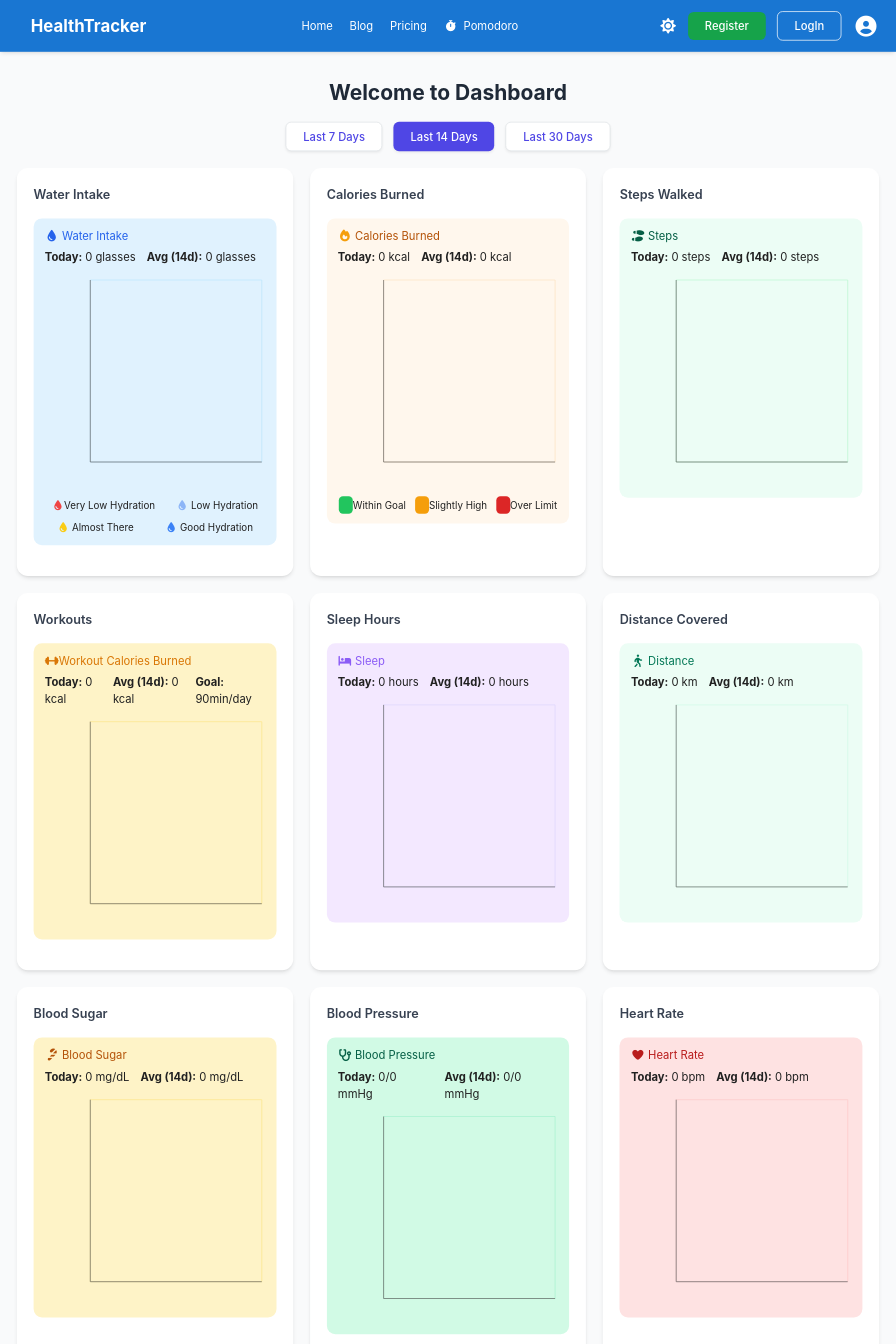
Repository: bhumikamourya/health-monitoring-application
Page: /dashboard (app in frontend/)
The author's editor kept a copy of each file at every save. The page is drawn from the files as they stood at one save, then again after the next save.
The browser window is 1280 px wide. The pictures show the part of the page from y = 0 to 1920 px (the page is 2589 px tall), at 70% of full size.
The page's requests for data from a server got no answer. Some web libraries are served in a nearby version. The project was rebuilt for these pictures with package versions that can differ from the ones it lists, and the page was loaded fresh each time. No one was signed in, and anything a server would have sent is missing. Also part of the build but not shown: frontend/src/components/Home/particleBackground.js, frontend/src/components/Home/Component1.js, frontend/src/components/Home/Component2.js, frontend/src/components/Home/Component3.js, frontend/src/components/Home/Component4.js, frontend/src/components/Home/HomePage.js, frontend/src/components/Blog/Component1.js, frontend/src/components/Blog/Component2.js and 16 more.

Above is the page before, as saved 2025-10-14 19:11:53.

### frontend/public/index.html
<!DOCTYPE html>
<html lang="en">

<head>
  <meta charset="utf-8" />
  <link rel="icon" href="%PUBLIC_URL%/favicon.ico" />
  <meta name="viewport" content="width=device-width, initial-scale=1" />
  <meta name="theme-color" content="#000000" />
  <meta name="description" content="Web site created using create-react-app" />
  <link rel="apple-touch-icon" href="%PUBLIC_URL%/logo192.png" />
  <link rel="manifest" href="%PUBLIC_URL%/manifest.json" />

  <script src="https://cdn.jsdelivr.net/npm/@tailwindcss/browser@4"></script>

  <link href="https://cdn.jsdelivr.net/npm/bootstrap@5.3.7/dist/css/bootstrap.min.css" rel="stylesheet"
    integrity="sha384-LN+7fdVzj6u52u30Kp6M/trliBMCMKTyK833zpbD+pXdCLuTusPj697FH4R/5mcr" crossorigin="anonymous">
  <link rel="stylesheet" href="https://cdnjs.cloudflare.com/ajax/libs/font-awesome/7.0.0/css/all.min.css"
    integrity="sha512-DxV+EoADOkOygM4IR9yXP8Sb2qwgidEmeqAEmDKIOfPRQZOWbXCzLC6vjbZyy0vPisbH2SyW27+ddLVCN+OMzQ=="
    crossorigin="anonymous" referrerpolicy="no-referrer" />
  <title>React App</title>
</head>

<body>
  <noscript>You need to enable JavaScript to run this app.</noscript>
  <div id="root"></div>
  <!--
      This HTML file is a template.
      If you open it directly in the browser, you will see an empty page.

      You can add webfonts, meta tags, or analytics to this file.
      The build step will place the bundled scripts into the <body> tag.

      To begin the development, run `npm start` or `yarn start`.
      To create a production bundle, use `npm run build` or `yarn build`.
    -->
</body>

</html>

### frontend/src/index.css
@tailwind base;
@tailwind components;
@tailwind utilities;

body {
  margin: 0;
  font-family: -apple-system, BlinkMacSystemFont, 'Segoe UI', 'Roboto', 'Oxygen',
    'Ubuntu', 'Cantarell', 'Fira Sans', 'Droid Sans', 'Helvetica Neue',
    sans-serif;
  -webkit-font-smoothing: antialiased;
  -moz-osx-font-smoothing: grayscale;
  background-color: #fff;
  color: #212121;
}

code {
  font-family: source-code-pro, Menlo, Monaco, Consolas, 'Courier New',
    monospace;
}

h1,
h2,
h3,
h4,
h5,
h6 {
  color: #2c3e50
}

/* NAVBAR STYLING */
.background {
  background-color: #1976d2;
}

.footer-a-links {
  text-decoration: underline;
  color: #fff;
}

.footer-a-links:hover {
  text-decoration: underline;
}

.menu {
  color: #fff;
  margin-left: 20px;
}

.menu.selected {
  color: #64b5f6;
}

.links {
  color: #1976d2;
}

.links:hover {
  opacity: 0.7;
}

.nav-links {
  color: #fff;
}

.nav-links:hover {
  color: #64b5f6;
}

.coloured-btn {
  background-color: #1976d2;
  color: #fff;
}

.coloured-btn:hover {
  background-color: #1976d2;
}

.bold-text {
  color: #1976d2;
}


/* HOME COMPONENT-1 */
.component1-container {
  background-color: #f5f5f5;
}
.component1-icons{
  background-color: #e9f2fa;
  padding:20px 40px 20px 20px;
  border-radius: 50%;
}

.fa-check,
.fa-square-check,
.fa-calendar-week,
.fa-chart-line {
  color: #1976d2;
  font-size: 25px;
}

.fa-check {
  color: #43a047;
}


/* HOME COMPONENT-2 */
.complete-control-text {
  background-color: #e9f2fa;
  width: 60%;
  margin: 25px 5px 0 40px;
  padding: 4px;
  border-radius: 30px;
  color: #1976d2;
}

.coloured-card {
  margin-left: 50px;
  border: 3px solid #1976d2;
  border-radius: 15px;
  background-color: #fafafa;
}

/* BLOG COMPONENT */
.blogs-container {
  width: 14rem;
  box-shadow: 5px 5px 10px #f4f3f3;
}

.capsule-text {
  font-size: 10px;
  border: 1px solid #cfd1d1ff;
  padding: 4px 7px;
  border-radius: 10px;
  color: #2c2c2c;
}

/* PRICING COMPONENT */
.pricing-cards {
  margin-right: 15px;
  border: 0.4px solid #bbbabaff;
  border-radius: 30px;
}

.fa-xmark {
  font-size: 20px;
}

.complete-text {
  width: auto;
  padding: 4px 10px;
  background-color: #e9f2fa;
  border-radius: 30px;
  color: #1976d2;
}

.pricing-card2 {
  margin-left: 15px;
  border: 2px solid #1976d2;
  border-radius: 30px;
  background-color: #fafafa;
}

.pomodoro-card {
  border: 0.3px solid #424242;
  border-top: 4px solid #1976d2;
  border-radius: 10px;
}
.steps-chart-content{
  line-height: 10px;
}
.goto-dashboard:hover{
  text-decoration: underline;
  color: #6e7983;
}

### frontend/src/components/Charts/fitnessCharts.js
import { Line, CartesianGrid, XAxis, YAxis, Tooltip, ResponsiveContainer, BarChart, Bar } from "recharts";
import { useChartData } from "../../Hook/useChartData";
import { CustomTooltip } from "../../utils/CustomTooltip.js";

// Water Chart
function WaterChart({ days = 7, target = 8 }) {
  const { data, todayTotal, avg } = useChartData("water", "water", days);

  const getWaterColor = (value, target) => {
    if (value < target * 0.5) return "#ef4444";   // 🔴 Red - very low hydration
    if (value < target * 0.8) return "#8cb5f7ff"; // 🟠 Light blue - low
    if (value < target) return "#facc15";         // 🟡 Yellow - almost there
    return "#3b82f6";                             // 🔵 Blue - good hydration
  };

  const coloredData = data.map(d => ({
    ...d,
    fill: getWaterColor(d.water, target)
  }));

  return (
    <div
      style={{
        maxWidth: 700,
        margin: "20px auto",
        background: "#e0f2fe",
        borderRadius: 12,
        padding: 16
      }}
    >
      <h2 style={{ marginBottom: 8, color: "#2563eb" }}>
        <i className="fa-solid fa-droplet"></i> Water Intake
      </h2>

      <div style={{ display: "flex", gap: 16, marginBottom: 16 }}>
        <div><b>Today:</b> {todayTotal} glasses</div>
        <div><b>Avg ({days}d):</b> {avg} glasses</div>
      </div>

      <div style={{ width: "100%", height: 300 }}>
        <ResponsiveContainer>
          <BarChart data={coloredData}>
            <CartesianGrid stroke="#bae6fd" />
            <XAxis dataKey="date" />
            <YAxis allowDecimals={false} />
            <Tooltip content={<CustomTooltip unit="glasses" />} />
            <Bar dataKey="water" fill={({ payload }) => payload.fill} />
            <Line
              type="monotone"
              dataKey={() => target}
              stroke="#1d4ed8"
              strokeWidth={2}
              dot={false}
            />
          </BarChart>
        </ResponsiveContainer>
      </div>

      {/* 👇 Color Legend Section */}
      <div
        style={{
           marginTop: 16,
          display: "flex",
          justifyContent: "space-around",
          flexWrap: "wrap",
          gap: 10,
          fontSize: 14
        }}
      >
        <div><i style={{color: "#ef4444"}} className="fa-solid fa-droplet"></i>Very Low Hydration</div>
        <div><i style={{color: "#8cb5f7ff"}} className="fa-solid fa-droplet"></i> Low Hydration</div>
        <div><i style={{color: "#facc15"}} className="fa-solid fa-droplet"></i> Almost There</div>
        <div><i style={{color: "#3b82f6"}} className="fa-solid fa-droplet"></i> Good Hydration</div>
      </div>
    </div>
  );
}



// Calories Chart
function CaloriesChart({ days = 7, target = 2500 }) {
  const { data, todayTotal, avg } = useChartData("calories", "calories", days);

  const getCaloriesColor = (value, target) => {
    if (value <= target) return "#22c55e";        // 🟢 Green - within goal
    if (value <= target * 1.1) return "#f59e0b";  // 🟡 Yellow - slightly high
    return "#dc2626";                             // 🔴 Red - over limit
  };

  const coloredData = data.map(d => ({
    ...d,
    fill: getCaloriesColor(d.calories, target)
  }));

  return (
    <div
      style={{
        maxWidth: 700,
        margin: "20px auto",
        background: "#fff7ed",
        borderRadius: 12,
        padding: 16,
      }}
    >
      <h2 style={{ marginBottom: 8, color: "#b45309" }}>
        <i className="fa-solid fa-fire" style={{ color: "#f59e0b" }}></i>{" "}
        Calories Burned
      </h2>

      <div style={{ display: "flex", gap: 16, marginBottom: 16 }}>
        <div><b>Today:</b> {todayTotal} kcal</div>
        <div><b>Avg ({days}d):</b> {avg} kcal</div>
      </div>

      <div style={{ width: "100%", height: 300 }}>
        <ResponsiveContainer>
          <BarChart data={coloredData}>
            <CartesianGrid stroke="#fde2c0" />
            <XAxis dataKey="date" />
            <YAxis allowDecimals={false} />
            <Tooltip content={<CustomTooltip unit="kcal" />} />
            <Bar dataKey="calories" fill={({ payload }) => payload.fill} />
            <Line
              type="monotone"
              dataKey={() => target}
              stroke="#991b1b"
              strokeWidth={2}
              dot={false}
            />
          </BarChart>
        </ResponsiveContainer>
      </div>

      {/* 👇 Color Legend Section */}
      <div
        style={{
          marginTop: 16,
          display: "flex",
          justifyContent: "space-around",
          flexWrap: "wrap",
          gap: 10,
          fontSize: 14,
        }}
      >
        <div>
          <span style={{ background: "#22c55e", padding: "4px 10px", borderRadius: 6 }}></span> Within Goal
        </div>
        <div>
          <span style={{ background: "#f59e0b", padding: "4px 10px", borderRadius: 6 }}></span> Slightly High
        </div>
        <div>
          <span style={{ background: "#dc2626", padding: "4px 10px", borderRadius: 6 }}></span> Over Limit
        </div>
      </div>
    </div>
  );
}


// Steps Chart
function StepsChart({ days = 7, target = 12000 }) {
  const { data, todayTotal, avg } = useChartData("steps", "steps", days);
  const getStepsColor = (value) => {
    if (value < target * 0.7) return "#dc2626";   // red (low)
    if (value < target) return "#1ff66eff";         // amber (medium)
    return "#16a34a";                             // green (good)
  };

  const coloredData = data.map(d => ({
    ...d,
    fill: getStepsColor(d.steps)
  }));

  return (
    <div style={{ maxWidth: 700, margin: "20px auto", background: "#ecfdf5", borderRadius: 12, padding: 16 }}>
      <h2 style={{ marginBottom: 8, color: "#065f46" }}><i className="fa-solid fa-shoe-prints"></i> Steps </h2>
      <div style={{ display: "flex", gap: 16, marginBottom: 16 }}>
        <div><b>Today:</b> {todayTotal} steps</div>
        <div><b>Avg ({days}d):</b> {avg} steps</div>
      </div>
      <div style={{ width: "100%", height: 300 }}>
        <ResponsiveContainer>
          <BarChart data={coloredData}>
            <CartesianGrid stroke="#bbf7d0" />
            <XAxis dataKey="date" />
            <YAxis allowDecimals={false} />
            <Tooltip content={<CustomTooltip unit="Steps" />} />
            <Bar dataKey="steps" fill={({ payload }) => payload.fill} />
            <Line
              type="monotone"
              dataKey={() => target}
              stroke="#047857"
              strokeWidth={2}
              dot={false}
            />
          </BarChart>
        </ResponsiveContainer>
      </div>
    </div>
  );
}

// Sleep Chart
function SleepChart({ days = 7, target = 8 }) {
  const { data, todayTotal, avg } = useChartData("sleep", "sleep", days);
  const getSleepColor = (value) => {
    if (value < 5) return "#e33636ff";
    if (value < 7) return "#beabe8ff";
    if (value <= 9) return "#ab89fbff";
    return "#8b5cf6";
  };
  const coloredData = data.map(d => ({
    ...d,
    fill: getSleepColor(d.sleep, target)
  }));
  return (
    <div style={{ maxWidth: 700, margin: "20px auto", background: "#f3e8ff", borderRadius: 12, padding: 16 }}>
      <h2 style={{ marginBottom: 8, color: "#8b5cf6" }}><i className="fa-solid fa-bed"></i> Sleep</h2>
      <div style={{ display: "flex", gap: 16, marginBottom: 16 }}>
        <div><b>Today:</b> {todayTotal} hours</div>
        <div><b>Avg ({days}d):</b> {avg} hours</div>
      </div>
      <div style={{ width: "100%", height: 300 }}>
        <ResponsiveContainer>
          <BarChart data={coloredData}>
            <CartesianGrid stroke="#ddd6fe" />
            <XAxis dataKey="date" />
            <YAxis allowDecimals={false} />
            <Tooltip content={<CustomTooltip unit="hours" />} />
            <Bar dataKey="sleep" fill={({ payload }) => payload.fill} />
            <Line type="monotone" dataKey={() => target} stroke="#7c3aed" strokeWidth={2} dot={false} />
          </BarChart>
        </ResponsiveContainer>
      </div>
    </div>
  );
}

function DistanceChart({ days = 7, target = 5 }) {
  const { data, todayTotal, avg } = useChartData("distance", "distance", days);

  const getDistanceColor = (value, target) => {
    if (value < target * 0.5) return "#ef4444";   // 🔴 Very low
    if (value < target * 0.8) return "#81f2aaff";   // 🟠 Low
    if (value < target) return "#facc15";         // 🟡 Almost there
    return "#22c55e";                             // 🟢 Good
  };

  const coloredData = data.map(d => ({
    ...d,
    fill: getDistanceColor(d.distance, target)
  }));

  return (
    <div style={{ maxWidth: 700, margin: "20px auto", background: "#ecfdf5", borderRadius: 12, padding: 16 }}>
      <h2 style={{ marginBottom: 8, color: "#047857" }}>
        <i className="fa-solid fa-person-walking"></i> Distance
      </h2>

      <div style={{ display: "flex", gap: 16, marginBottom: 16 }}>
        <div><b>Today:</b> {todayTotal} km</div>
        <div><b>Avg ({days}d):</b> {avg} km</div>
      </div>

      <div style={{ width: "100%", height: 300 }}>
        <ResponsiveContainer>
          <BarChart data={coloredData}>
            <CartesianGrid stroke="#d1fae5" />
            <XAxis dataKey="date" />
            <YAxis allowDecimals={false} />
            <Tooltip content={<CustomTooltip unit="km" />} />
            <Bar dataKey="distance" fill={({ payload }) => payload.fill} />
            <Line type="monotone" dataKey={() => target} stroke="#047857" strokeWidth={2} dot={false} />
          </BarChart>
        </ResponsiveContainer>
      </div>
    </div>
  );
}


function WorkoutChart({ days = 7, target = 90 }) {
  // workoutsCalories ke liye hook call
  const { data, todayTotal, avg } = useChartData("workouts", "caloriesBurned", days);
  const getWorkoutColor = (value, target) => {
    if (value < target * 0.7) return "#ef4444";   // red - low
    if (value < target) return "#fbbf24";         // amber - medium
    return "#d97706";                             // green - achieved
  };

  const coloredData = data.map(d => ({
    ...d,
    fill: getWorkoutColor(d.caloriesBurned, target)
  }));
  return (
    <div style={{ maxWidth: 700, margin: "20px auto", background: "#fef3c7", borderRadius: 12, padding: 16 }}>
      <h2 style={{ marginBottom: 8, color: "#d97706" }}>
        <i className="fa-solid fa-dumbbell"></i>
        Workout Calories Burned </h2>
      <div style={{ display: "flex", gap: 16, marginBottom: 16 }}>
        <div><b>Today:</b> {todayTotal} kcal</div>
        <div><b>Avg ({days}d):</b> {avg} kcal</div>
        <div><b>Goal:</b> {target}min/day</div>
      </div>
      <div style={{ width: "100%", height: 300 }}>
        <ResponsiveContainer>
          <BarChart data={coloredData}>
            <CartesianGrid stroke="#fde68a" />
            <XAxis dataKey="date" />
            <YAxis allowDecimals={false} />
            <Tooltip content={<CustomTooltip unit="kcal" />} />
            <Bar dataKey="caloriesBurned" fill={({ payload }) => payload.fill} />
            <Line type="monotone" dataKey={() => target} stroke="#b45309" strokeWidth={2} dot={false} />
          </BarChart>
        </ResponsiveContainer>
      </div>
    </div>
  );
}




export { WaterChart, CaloriesChart, StepsChart, SleepChart, DistanceChart, WorkoutChart };

Loaded but not shown: frontend/tailwind.config.js (common file); frontend/src/components/Charts/MedicalCharts.js (185 lines, source omitted); frontend/src/Navbar.js (85 lines, source omitted); frontend/src/TrackerForms/Dashboard.js (91 lines, source omitted); frontend/src/Hook/useBPChartData.js (65 lines, source omitted); frontend/src/index.js (46 lines, source omitted); frontend/src/Hook/useCholesterolChartData.js (62 lines, source omitted); frontend/src/Hook/useChartData.js (56 lines, source omitted); frontend/src/Footer.js (35 lines, source omitted); frontend/src/components/Logout.js (16 lines, source omitted); frontend/src/utils/api.js (13 lines, source omitted); frontend/src/components/Home/particleBackground.css (399 lines, source omitted)

After the next save:
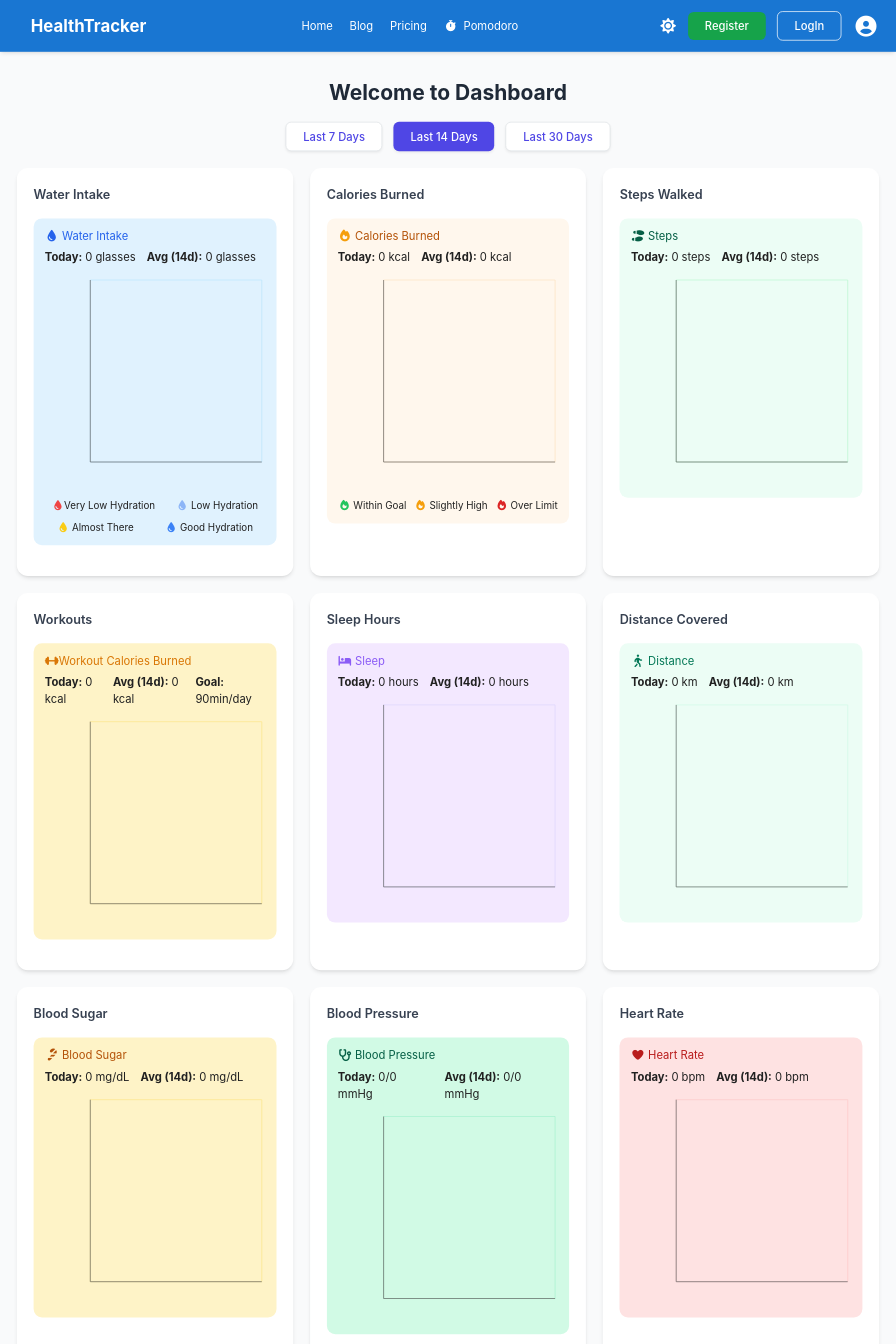
Saved 2 min 16 s later.
--- a/frontend/src/components/Charts/fitnessCharts.js
+++ b/frontend/src/components/Charts/fitnessCharts.js
@@ -132,7 +132,7 @@ function CaloriesChart({ days = 7, target = 2500 }) {
         </ResponsiveContainer>
       </div>
 
-      {/* 👇 Color Legend Section */}
+      {/* 👇 Color Legend Section - matching WaterChart style */}
       <div
         style={{
           marginTop: 16,
@@ -144,18 +144,19 @@ function CaloriesChart({ days = 7, target = 2500 }) {
         }}
       >
         <div>
-          <span style={{ background: "#22c55e", padding: "4px 10px", borderRadius: 6 }}></span> Within Goal
+          <i style={{ color: "#22c55e" }} className="fa-solid fa-fire"></i> Within Goal
         </div>
         <div>
-          <span style={{ background: "#f59e0b", padding: "4px 10px", borderRadius: 6 }}></span> Slightly High
+          <i style={{ color: "#f59e0b" }} className="fa-solid fa-fire"></i> Slightly High
         </div>
         <div>
-          <span style={{ background: "#dc2626", padding: "4px 10px", borderRadius: 6 }}></span> Over Limit
+          <i style={{ color: "#dc2626" }} className="fa-solid fa-fire"></i> Over Limit
         </div>
       </div>
     </div>
   );
 }
+
 
 
 // Steps Chart
